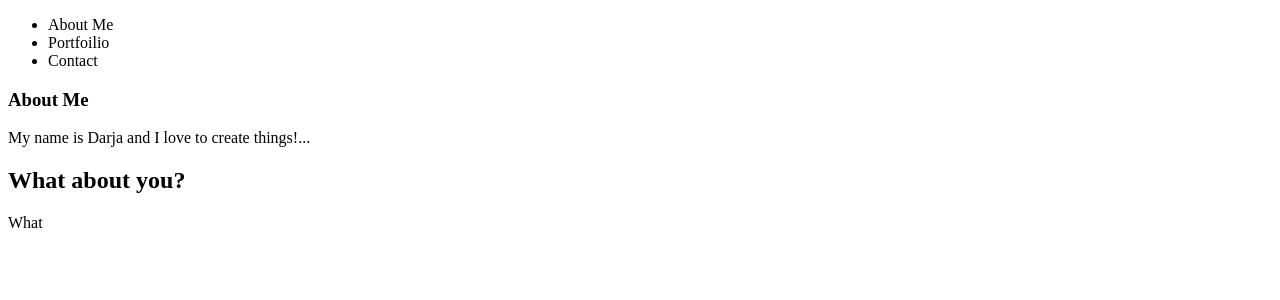
Repository: holyygreg/PortfolioProject
Page: code files/index.html
An editor plug-in stored every save of this project. The page is shown before and after a run of saves, followed by the edit.
The browser window is 1280 px wide. The pictures show the whole page.

Above is the page before, as saved 2024-08-02 15:16:41.

After the next 2 saves:
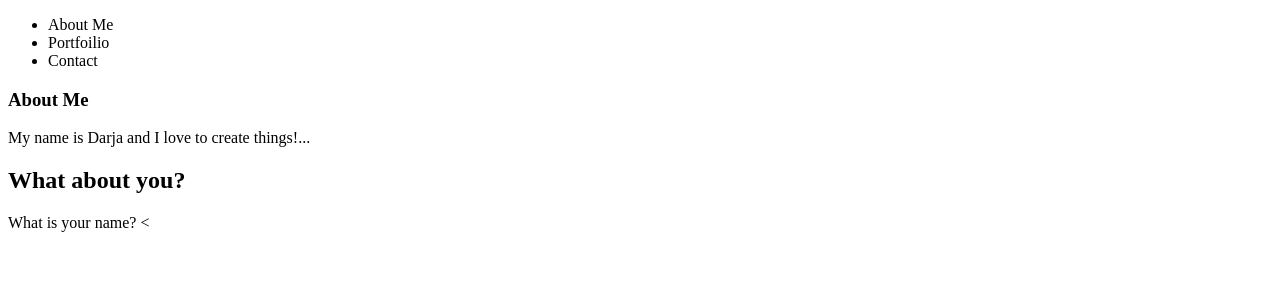
The 2 saves are shown as one change because they came seconds apart.
The last was saved 11 s later.
--- a/code files/index.html
+++ b/code files/index.html
@@ -26,7 +26,8 @@
 
     <section>
         <h2>What about you?</h2>
-        <label>What</label>
+        <label>What is your name?</label>
+        <
     </section>
 </body>
 </html>
